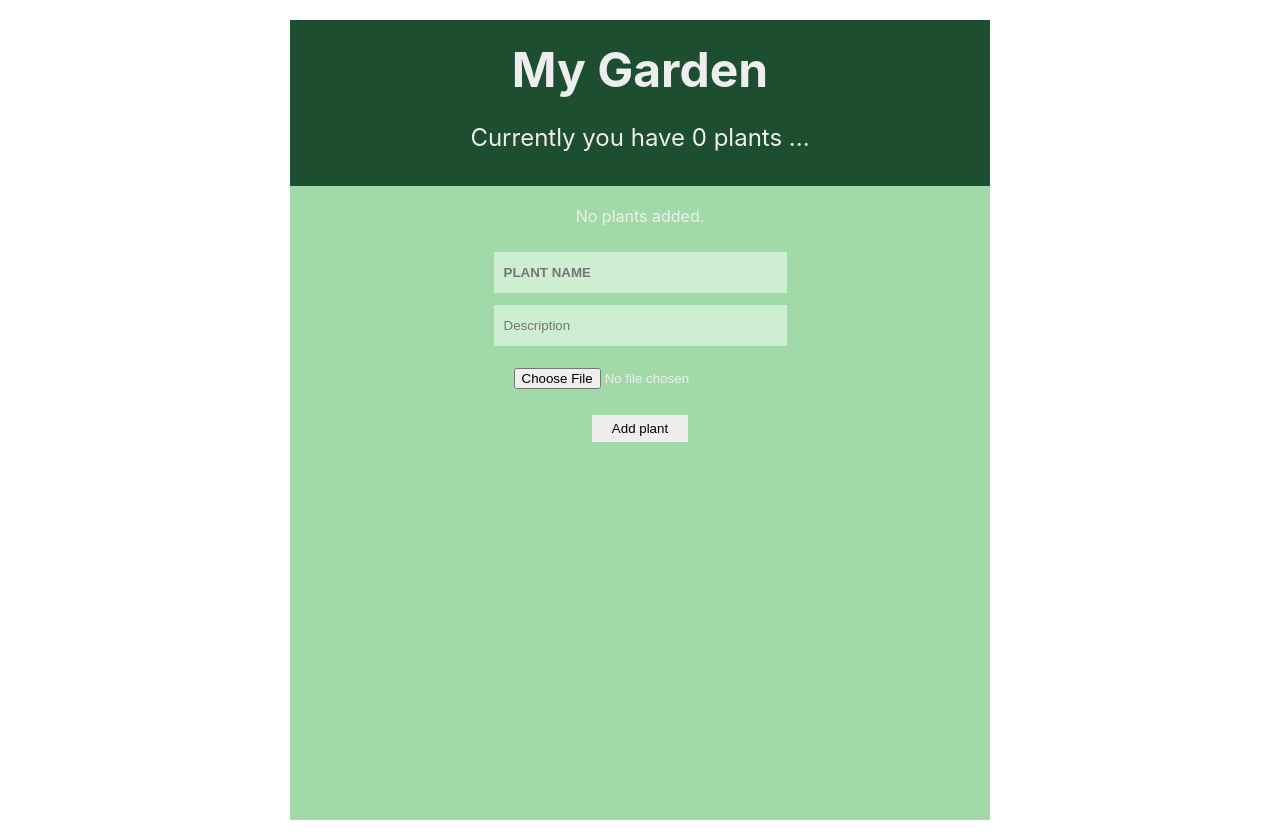
Repository: shadowmare358/MyGarden-with-Hooks-Context-Router
Page: /
An editor plug-in stored every save of this project. The page is shown before and after a run of saves, followed by the edit.
The browser window is 1280 px wide. The pictures show the whole page.
The project was rebuilt for these pictures with package versions that can differ from the ones it lists, and the page was loaded fresh each time. Also part of the build but not shown: src/components/ModifyInfo.js, src/components/MainPage.js, src/components/PlantDetails.js.

Above is the page before, as saved 2019-08-04 22:51:20.

After the next 2 saves:
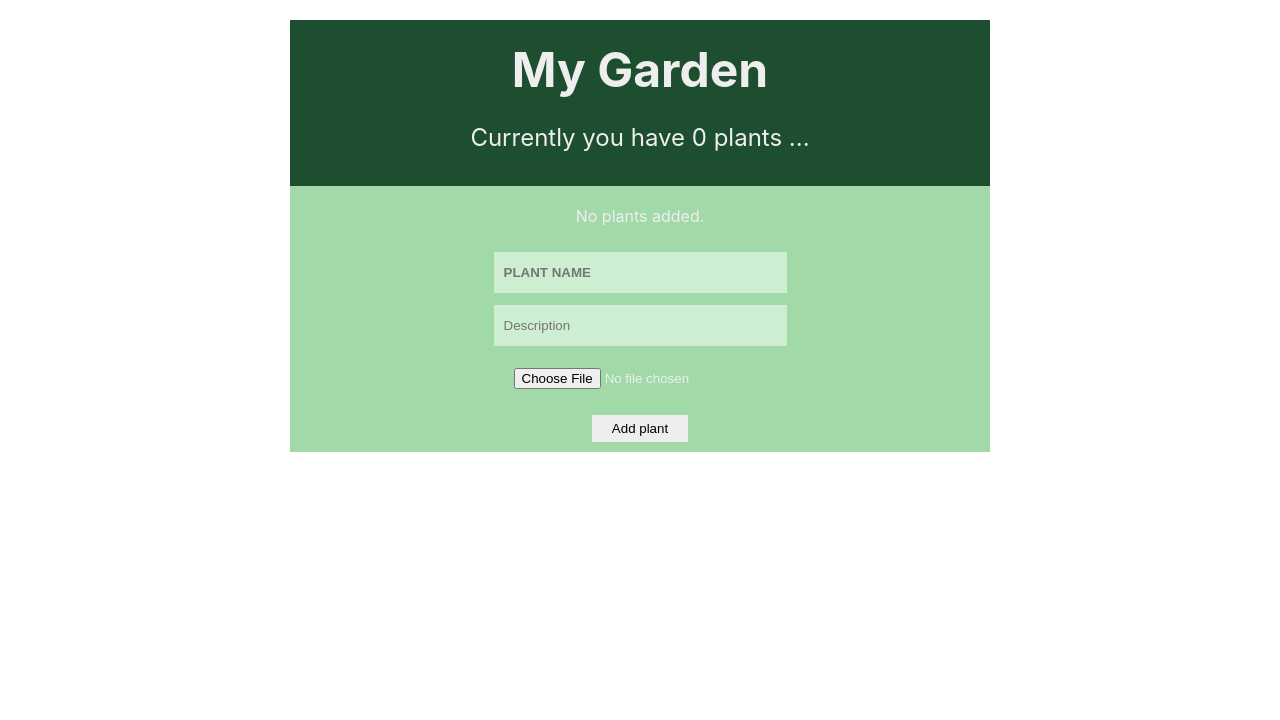
The 2 saves are shown as one change because they came seconds apart.
The last was saved 14 h 15 min later.
--- a/src/index.css
+++ b/src/index.css
@@ -112,7 +112,7 @@ img{
 
 .addForm{
   width: 700px;
-  height: 800px;
+  height: auto;
   background: #a1daa8;
 }
 .mainPage{
